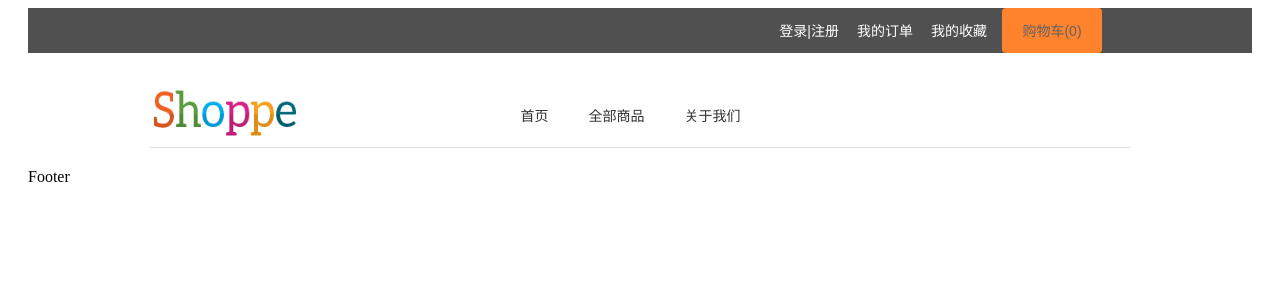
Repository: zhenghaochang/---
Page: / (app in xiaomi/)
An editor plug-in stored every save of this project. The page is shown before and after a run of saves, followed by the edit.
The browser window is 1280 px wide. The pictures show the whole page.
The project was rebuilt for these pictures with package versions that can differ from the ones it lists, and the page was loaded fresh each time. Also part of the build but not shown: xiaomi/vite.config.js.

Above is the page before, as saved 2025-07-31 10:23:23.

### xiaomi/src/main.js
import { createApp } from 'vue';
import ElementPlus from 'element-plus';
import 'element-plus/dist/index.css';
import router from './router/router';
import App from './App.vue';
import * as ElementPlusIconsVue from '@element-plus/icons-vue';
import { createPinia } from 'pinia';
import piniaPluginPersistedstate from 'pinia-plugin-persistedstate'
const app = createApp(App);
const pinia = createPinia();
pinia.use(piniaPluginPersistedstate)
app.use(pinia);
for (const [key, component] of Object.entries(ElementPlusIconsVue)) {
    app.component(key, component);
}
app.use(router);
app.use(ElementPlus);
app.mount('#app');

### xiaomi/src/router/router.js
import {createRouter,createWebHashHistory} from 'vue-router'

let router = createRouter({
    history:createWebHashHistory(),
    routes:[
        {
            path:"/",
            component:()=>import('../components/main.vue')
        }
    ]
})

export default router

### xiaomi/src/App.vue
<script setup>
import Menu from '../src/components/menu.vue'


</script>

<template>
    <div>
        <el-container>
            <el-header class="header"><Menu></Menu></el-header>
            <el-main class="main"><router-view></router-view></el-main>
            <el-footer>Footer</el-footer>
        </el-container>
    </div>
</template>

<style scoped>
.header{
/*     background-color: blue; */
    width:100%
}
/* .main{
    background-color: blue;
    width: 100%;
    display:flex;
    flex-direction: column;
    justify-content: center;
} */
</style>

### xiaomi/src/components/main.vue
<script setup>
import logo from '../assets/img/logo.png'

</script>

<template>
    <div class="base_div">
        <div style="width:80%">
            <el-menu
                :default-active="activeIndex"
                class="el-menu-demo"
                mode="horizontal"
                @select="handleSelect"

            >
            <div>

            </div>
                <div>
                    <img style="width:150px;height:50px;margin-right:200px" :src="logo" alt="">
                </div>
                <el-menu-item index="1">首页</el-menu-item>
                <el-menu-item index="2">全部商品</el-menu-item>
                <el-menu-item index="3">关于我们</el-menu-item>
            </el-menu>
        </div>
    </div>
</template>

<style scoped>
.base_div{
    width: 100%;
    display:flex;
    flex-direction: column;
    align-items:center;
}
</style>

### xiaomi/src/components/menu.vue
<script setup>
import {ref,reactive} from 'vue'
import request from '../request/index'
import { ElMessage } from 'element-plus'
import {useUserStore} from '../store/index'


const store = useUserStore()


const loginVisible = ref(false)
const registVisible = ref(false)

const loginForm = ref({
    username:'',
    password:''
})

const registForm = ref({
    username:'',
    password:'',
    rePassword:'',
    name:''
})

const user = ref({
    id:0,
    username:'',
    name:'',
    numInCart:0,
    token:''
})

const loginFormRef = ref()
const registFormRef = ref()

const validateUsername = (rule,value,callback)=>{
    if(value.length==0){
      callback(new Error("用户名不能为空"))
    }else{
      callback()
    }
  }

  const validatePassword = (rule,value,callback)=>{
    if(value.length<4){
      callback(new Error("密码小于4位"))
    }else{
      callback()
    }
  }

  const validateRePassword = (rule,value,callback)=>{
    if(value.length<4){
      callback(new Error("密码小于4位"))
    }else{
      if(value != registForm.value.password){
        callback(new Error("密码不一致"))
      }else{
        callback()
      }
    }
  }

  const rules = {
    username:[{required:true,message:'用户名不能为空',validator:validateUsername}],
    password:[{required:true,message:'密码必须大于4位',validator:validatePassword}],
    rePassword:[{required:true,validator:validateRePassword}]
  }


async function login(){
    const valid = await loginFormRef.value.validate
    if(valid){
        let {data} = await request.post("/user/login",loginForm.value)
        if(data.code == 200){
            ElMessage.success('登录成功')
            user.value = data.data
            store.changeInfo(user.value)
            loginVisible.value = false
        }else{
            ElMessage.error(data.msg)
        }
    }
}

async function regist(){
    const valid = await registFormRef.value.validate
    if(valid){
        let {data} = await request.post("/user/regist",registForm.value)
        if(data.code == 200){
            ElMessage.success('注册成功')
            registVisible.value = false
            loginVisible.value = true
        }else{
            ElMessage.error(data.msg)
        }
    }
}

</script>

<template>
    <div class="base_div">
        <el-button color="rgb(80,80,80)" @click="loginVisible = true" v-if="store.id==0" link>登录|注册</el-button>
        <div style="display:flex;align-items:center;margin-right:10px" v-else>
            <el-button color="rgb(80,80,80)" link>欢迎{{store.name}}</el-button>
            <el-button color="rgb(80,80,80)" @click="()=>{store.logout(),ElMessage.success('已退出')}" link>退出登录</el-button>
        </div>
        <el-button color="rgb(80,80,80)" link>我的订单</el-button>
        <el-button color="rgb(80,80,80)" link>我的收藏</el-button>
        <el-button  style="background-color:rgb(255,130, 45);margin-right:150px;width:100px"  link>购物车({{store.numInCart}})</el-button>

        <!-- 登录窗口 -->
        <el-dialog v-model="loginVisible"  title="登录" width="300">
            <el-form :model="loginForm" ref="loginFormRef" :rules="rules">
                <el-form-item label="用户名" prop="username" :label-width="70">
                    <el-input v-model="loginForm.username" autocomplete="off" />
                </el-form-item>
                <el-form-item label="密码" prop="password" :label-width="70">
                    <el-input v-model="loginForm.password" autocomplete="off" type="password" show-password />
                </el-form-item>
            </el-form>
            <template #footer>
                <div style="display:flex;justify-content:space-between;align-items:center">
                    <el-button type="warning" @click="registVisible = true">注册</el-button>
                    <div>
                        <el-button @click="loginVisible = false">取消</el-button>
                        <el-button type="primary" @click="login">
                        登录
                        </el-button>
                    </div>

                </div>
            </template>
        </el-dialog>
        <!-- 登录窗口END -->
        <!-- 注册窗口 -->
        <el-dialog v-model="registVisible"  title="注册" width="350">
            <el-form :model="registForm" ref="registFormRef" :rules="rules">
                <el-form-item label="用户名" prop="username" :label-width="80">
                    <el-input v-model="registForm.username" autocomplete="off" />
                </el-form-item>
                <el-form-item label="密码" prop="password" :label-width="80">
                    <el-input v-model="registForm.password" autocomplete="off" type="password" show-password />
                </el-form-item>
                <el-form-item label="确认密码" prop="rePassword" :label-width="80">
                    <el-input v-model="registForm.rePassword" autocomplete="off" type="password" show-password />
                </el-form-item>
                <el-form-item label="姓名"  :label-width="80">
                    <el-input v-model="registForm.name" autocomplete="off"  />
                </el-form-item>
            </el-form>
            <template #footer>
                <div style="">
                    <div>
                        <el-button @click="registVisible = false">取消</el-button>
                        <el-button type="primary" @click="regist">
                        注册
                        </el-button>
                    </div>

                </div>
            </template>
        </el-dialog>
        <!-- 注册窗口END -->
    </div>
</template>

<style scoped>
.base_div{
    background-color:rgb(80,80,80);
    width:100%;
    height:45px;
    display: flex;
    justify-content:flex-end;
}
</style>

### xiaomi/src/request/index.js
import axios from 'axios'


const request = axios.create({
    baseURL:'http://localhost:8080',
    timeout:10000
})









export default request

### xiaomi/src/store/index.js
import {defineStore} from 'pinia'

const user = {
    id:0,
    username:'',
    name:'',
    numInCart:0,
    token:''
}

export const useUserStore = defineStore('userInfo',{
    state:()=>({
        id:0,
        username:'',
        name:'',
        numInCart:0,
        token:''
    }),
    getters:{},
    actions:{
        changeInfo(user){
            this.id = user.id,
            this.username = user.username,
            this.name = user.name,
            this.numInCart = user.numInCart,
            this.token = user.token
        },
        logout(){
            this.id = 0,
            this.username = '',
            this.name = '',
            this.numInCart = 0,
            this.token = ''
        }
    },
    persist: true
}
)

Loaded but not shown: xiaomi/index.html (common file)

After the next 3 saves:
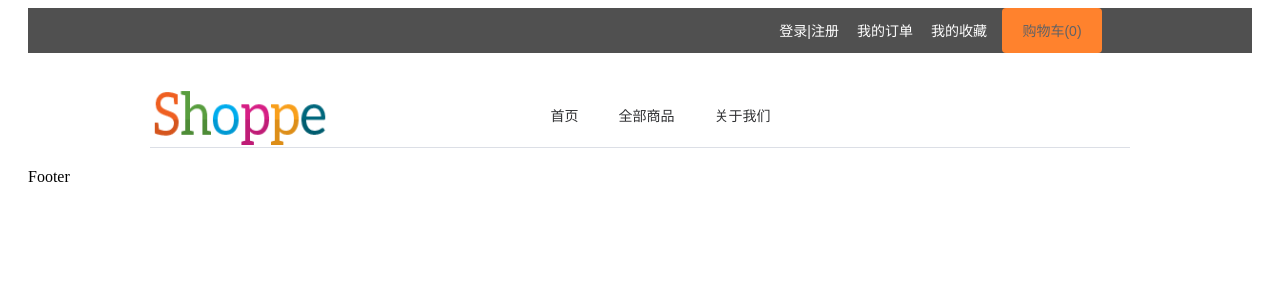
The 3 saves are shown as one change because they came seconds apart.
The last was saved 10 s later.
--- a/xiaomi/src/components/main.vue
+++ b/xiaomi/src/components/main.vue
@@ -17,7 +17,7 @@ import logo from '../assets/img/logo.png'
 
             </div>
                 <div>
-                    <img style="width:150px;height:50px;margin-right:200px" :src="logo" alt="">
+                    <img style="width:180px;height:60px;margin-right:200px" :src="logo" alt="">
                 </div>
                 <el-menu-item index="1">首页</el-menu-item>
                 <el-menu-item index="2">全部商品</el-menu-item>
